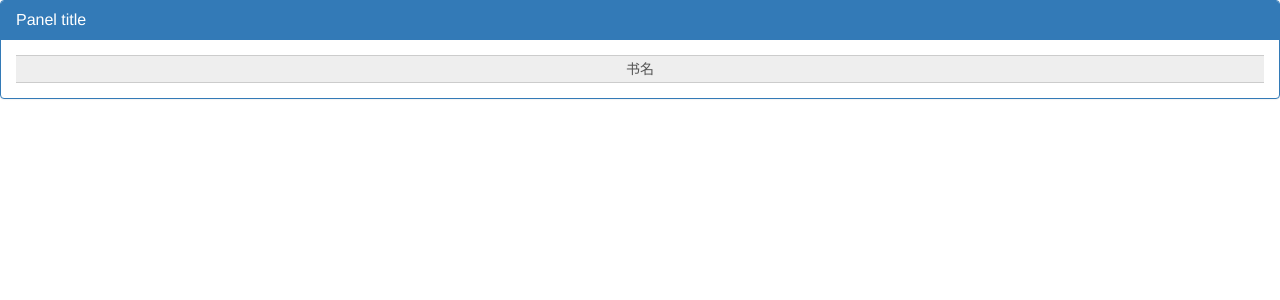
Repository: Bluesouls/eliauk.github.io
Page: Ajax学习笔记/day01/code/图书管理.html
An editor plug-in stored every save of this project. The page is shown before and after the next save, followed by the edit.
The browser window is 1280 px wide. The pictures show the whole page.

Above is the page before, as saved 2022-04-24 16:53:43.
Console error (its wording comes from the project's code and is left out).

### Ajax学习笔记/day01/code/图书管理.html
<!DOCTYPE html>
<html lang="en">
<head>
  <meta charset="UTF-8">
  <meta http-equiv="X-UA-Compatible" content="IE=edge">
  <meta name="viewport" content="width=device-width, initial-scale=1.0">
  <link href="https://cdn.bootcss.com/bootstrap/3.3.7/css/bootstrap.css" rel="stylesheet">
  <script src="https://cdn.bootcss.com/bootstrap/3.3.7/js/bootstrap.js"></script>
  <title>图书管理</title>
</head>
<body>

  <div class="panel panel-primary">
      <div class="panel-heading">
        <h3 class="panel-title">Panel title</h3>
      </div>
      <div class="panel-body">

        <div class="input-group-addon">书名</div>

      </div>
  </div>

</body>
</html>

After the next save:
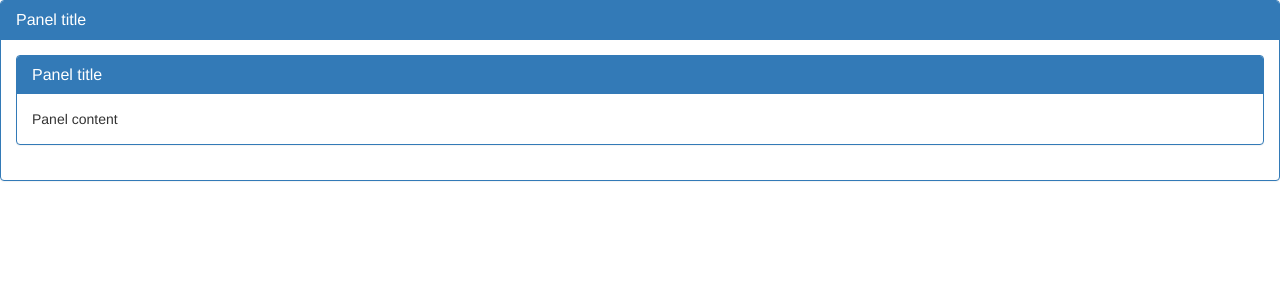
Saved 58 s later.
--- a/Ajax学习笔记/day01/code/图书管理.html
+++ b/Ajax学习笔记/day01/code/图书管理.html
@@ -16,7 +16,14 @@
       </div>
       <div class="panel-body">
 
-        <div class="input-group-addon">书名</div>
+        <div class="panel panel-primary">
+            <div class="panel-heading">
+              <h3 class="panel-title">Panel title</h3>
+            </div>
+            <div class="panel-body">
+              Panel content
+            </div>
+        </div>
 
       </div>
   </div>
